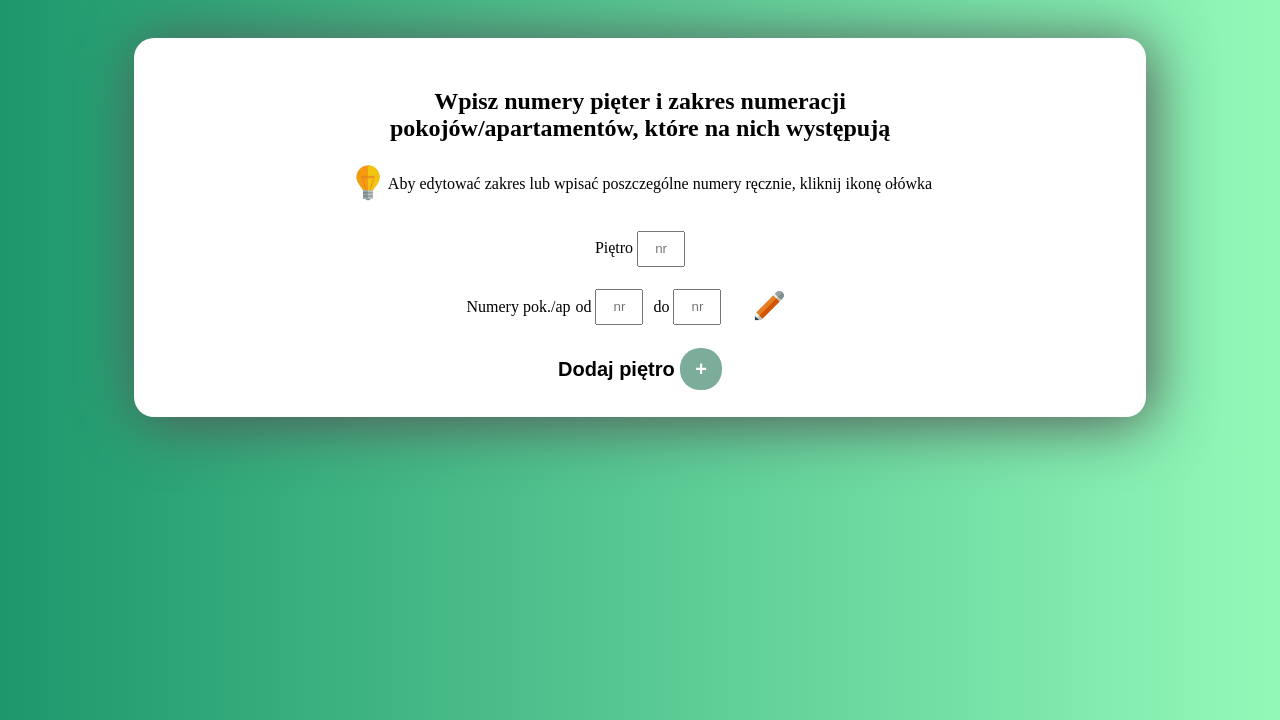
Repository: kateotto/vue-hotel-app
Page: /
These files come from the project's save history. The page is drawn as it stood at one moment and after the next save; the edit follows.
The browser window is 1280 px wide. The pictures show the whole page.
The project was rebuilt for these pictures with package versions that can differ from the ones it lists, and the page was loaded fresh each time. Also part of the build but not shown: src/components/Rooms.vue, src/components/Floor.vue.

Above is the page before, as saved 2020-03-15 23:02:12.

After the next save:
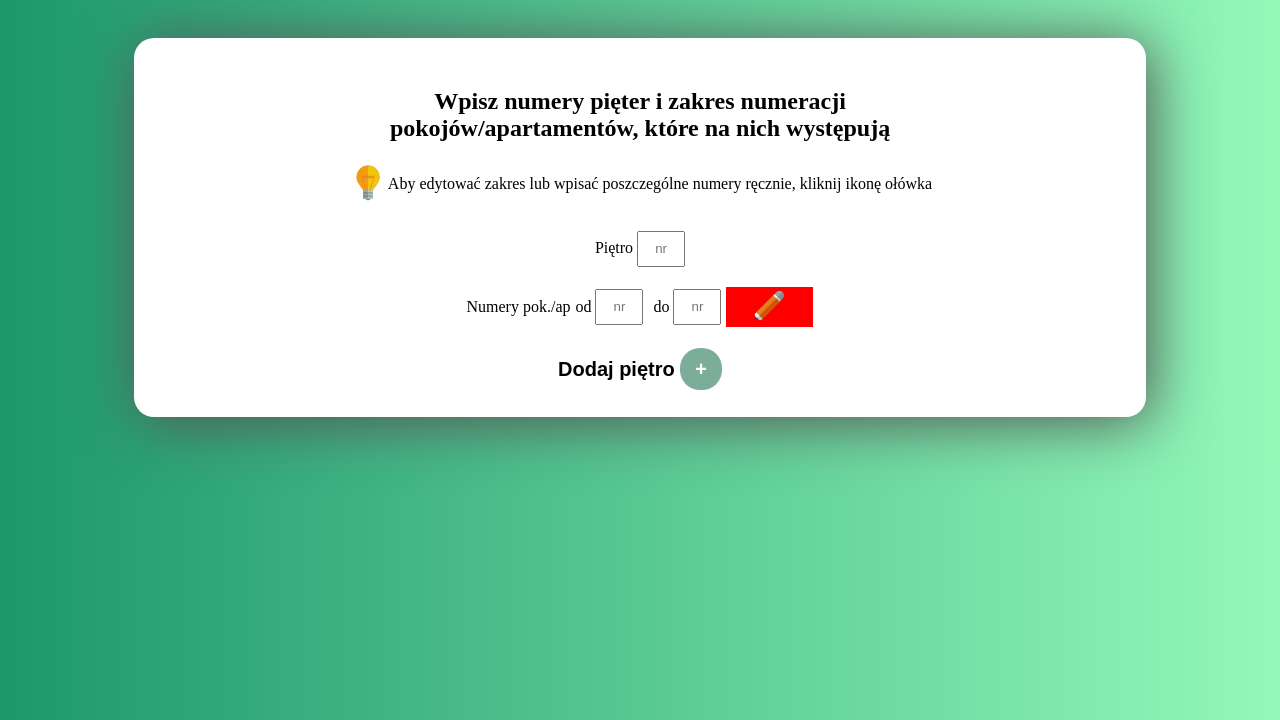
Saved 15 s later.
--- a/src/components/Container.vue
+++ b/src/components/Container.vue
@@ -217,7 +217,7 @@ label {
 
 .pen-button {
   border: none;
-  background-color: transparent;
+  background-color: red;
   cursor: pointer;
   outline: #fff;
 }
